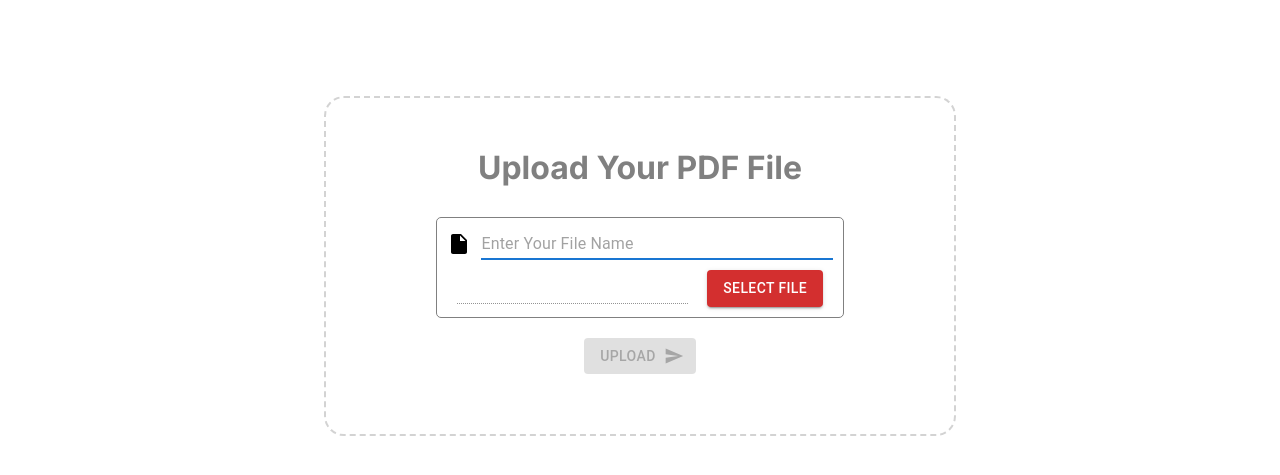
Repository: BhushanPatil-121/pdf-upload-nextjs
Page: /
An editor plug-in stored every save of this project. The page is shown before and after the next save, followed by the edit.
The browser window is 1280 px wide. The pictures show the whole page.
The project was rebuilt for these pictures with package versions that can differ from the ones it lists, and the page was loaded fresh each time. The framework's server and built-in components were replaced by stand-ins that run in the browser. Also part of the build but not shown: next.config.mjs.

Above is the page before, as saved 2024-02-29 11:12:40.

After the next save:
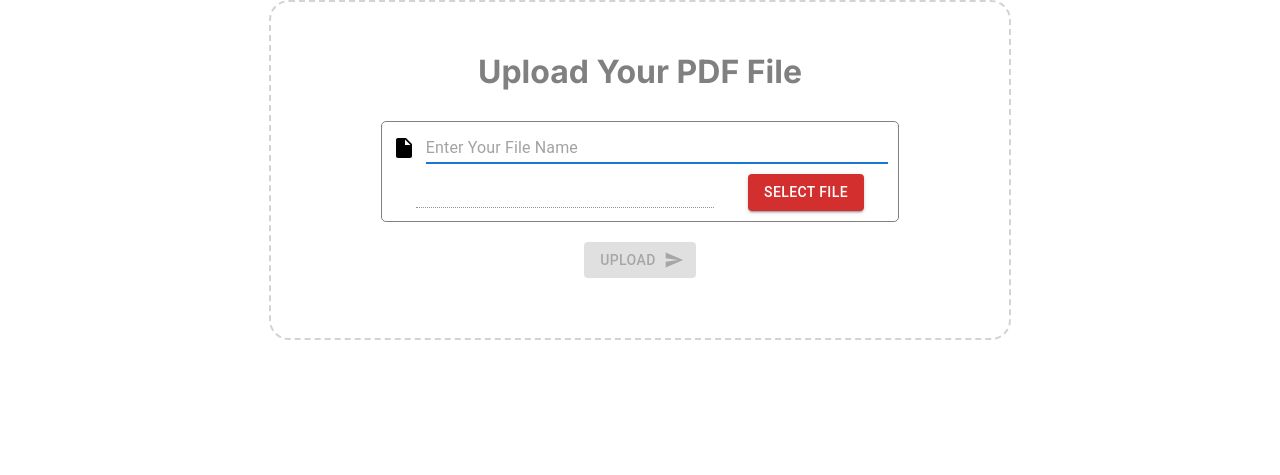
Saved 2 min 21 s later.
--- a/src/app/page.module.css
+++ b/src/app/page.module.css
@@ -4,7 +4,6 @@
   justify-content: start;
   gap: 20px;
   align-items: center;
-  padding: 6rem;
   min-height: 100vh;
 }
 
